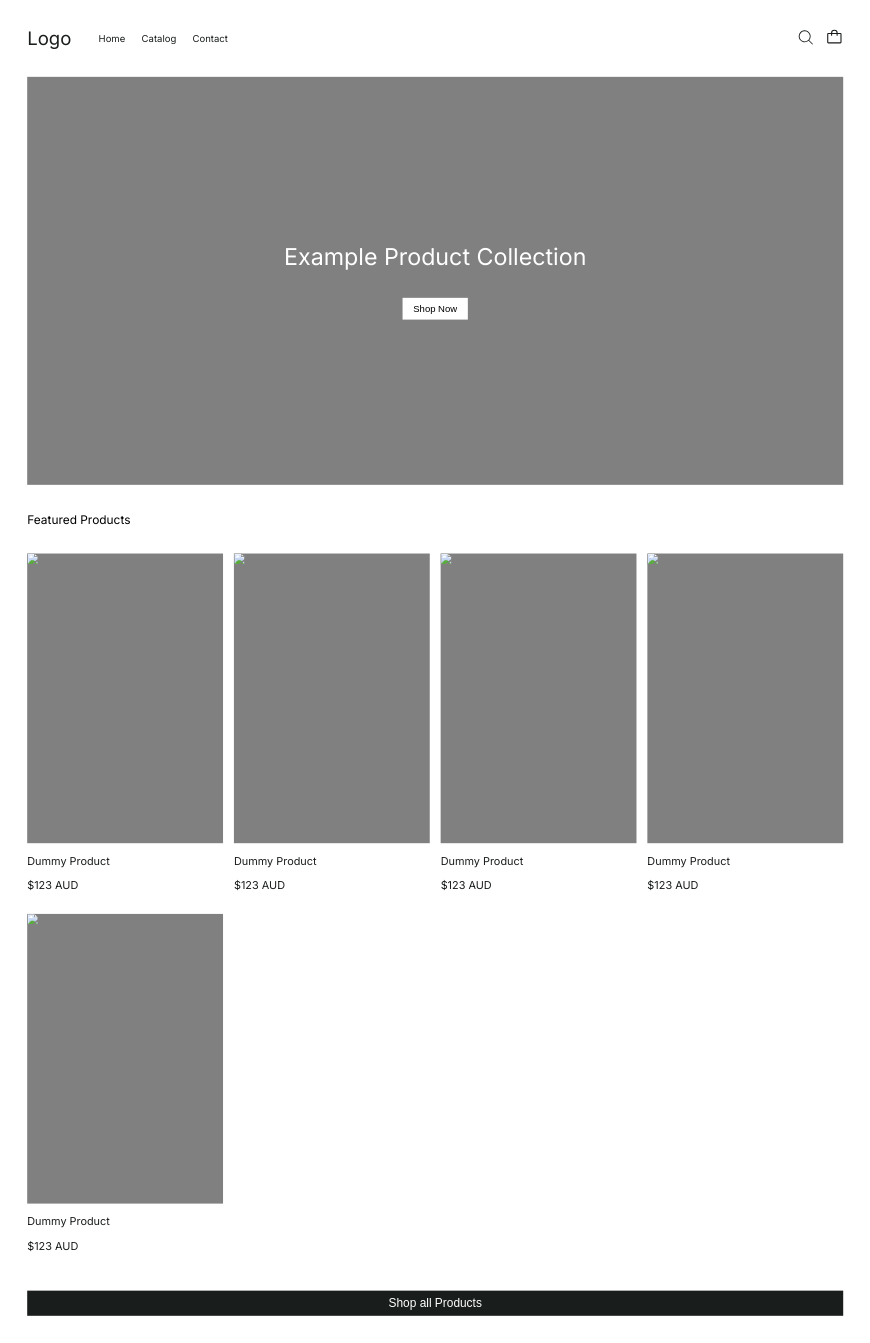
Repository: David-Waite/ecommercefrontendTemplate
Page: /
The author's editor kept a copy of each file at every save. The page is drawn from the files as they stood at one save, then again after the next save.
The browser window is 1280 px wide. The pictures show the whole page, at 68% of full size.
The project was rebuilt for these pictures with package versions that can differ from the ones it lists, and the page was loaded fresh each time. The framework's server and built-in components were replaced by stand-ins that run in the browser. Also part of the build but not shown: next.config.js.

Above is the page before, as saved 2023-08-24 20:30:01.

After the next save:
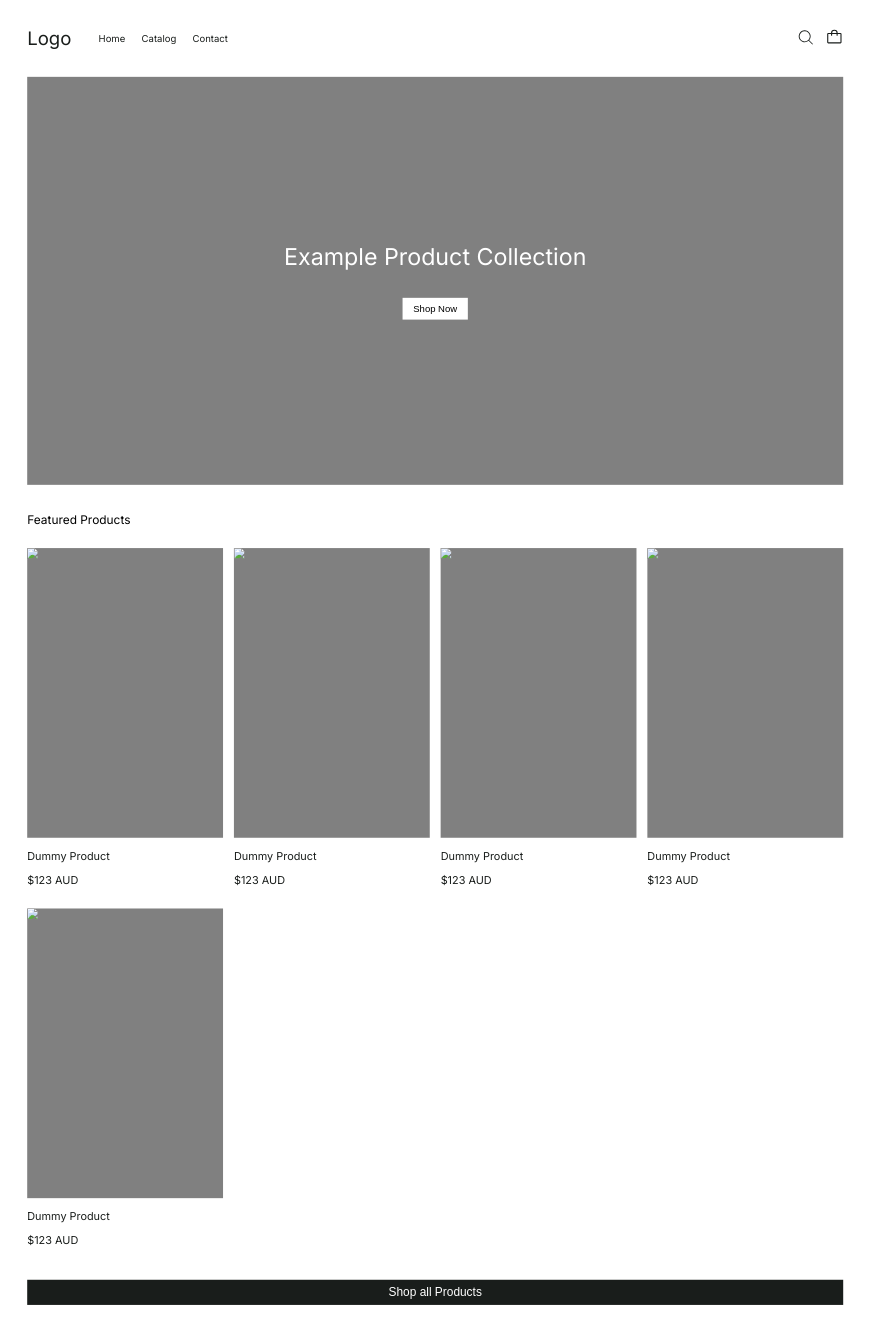
Saved 4 s later.
--- a/app/page.module.css
+++ b/app/page.module.css
@@ -24,7 +24,7 @@
   margin: 40px 0;
   display: flex;
   flex-direction: column;
-  gap: 40px;
+  gap: 32px;
 }
 
 .featuredProductHeading {

After the save that followed:
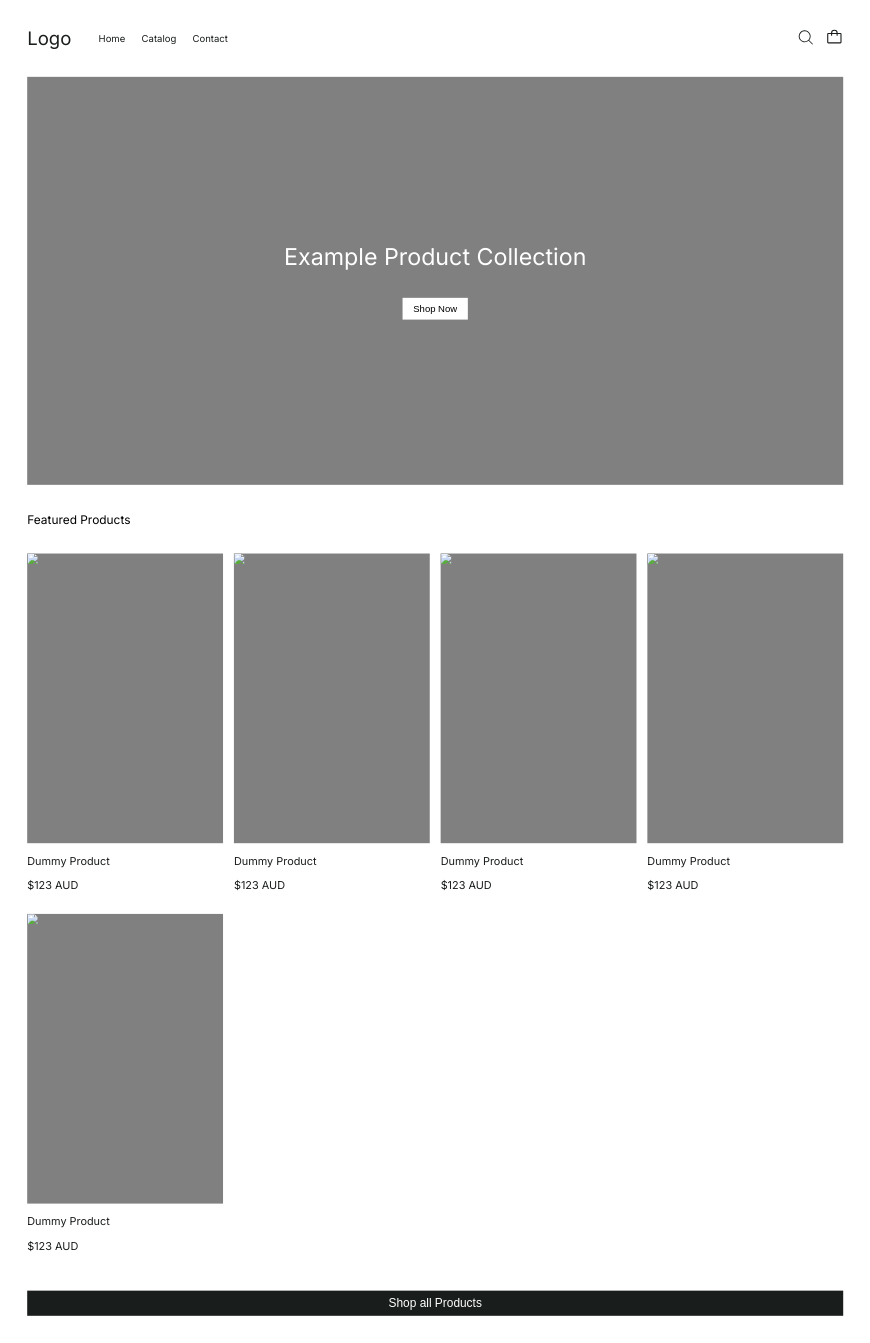
Saved 5 s later.
--- a/app/page.module.css
+++ b/app/page.module.css
@@ -24,7 +24,7 @@
   margin: 40px 0;
   display: flex;
   flex-direction: column;
-  gap: 32px;
+  gap: 40px;
 }
 
 .featuredProductHeading {
